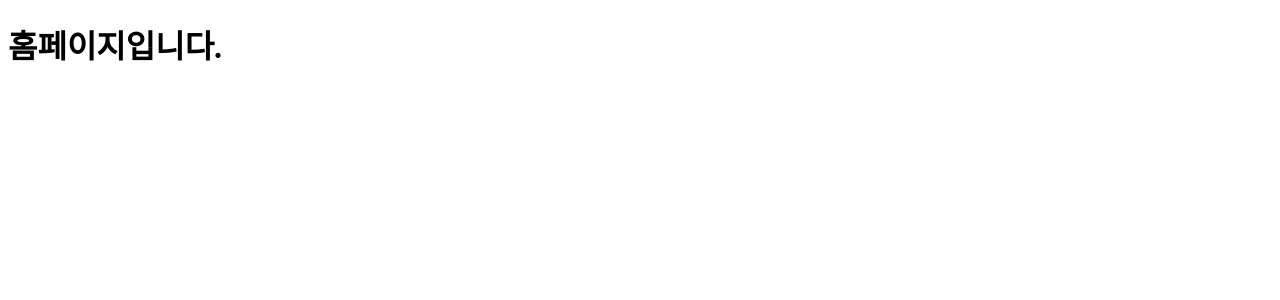
Repository: ahwaboin3/eclipse-workspace-jsp
Page: http://localhost/MustHaveJSP/
The author's editor kept a copy of each file at every save. The page is drawn from the files as they stood at one save, then again after the next save.
The browser window is 1280 px wide. The pictures show the whole page.
The page is served by Tomcat 10. Nobody is signed in. The application's start-up code is not run.

Above is the page before, as saved 2025-05-23 02:36:49.

After the next save:
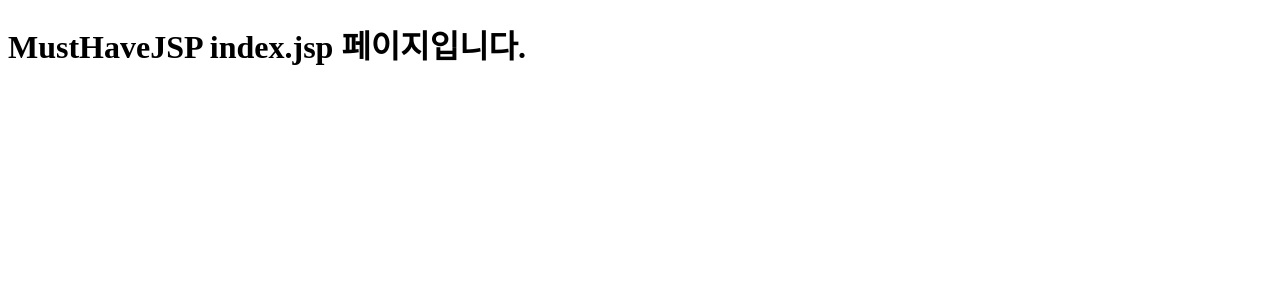
Saved 46 s later.
--- a/MustHaveJSP/src/main/webapp/index.jsp
+++ b/MustHaveJSP/src/main/webapp/index.jsp
@@ -8,6 +8,6 @@
 <!-- src/webapp/index.jsp -->
 </head>
 <body>
-	<h1>홈페이지입니다.</h1>
+	<h1>MustHaveJSP index.jsp 페이지입니다.</h1>
 </body>
 </html>
